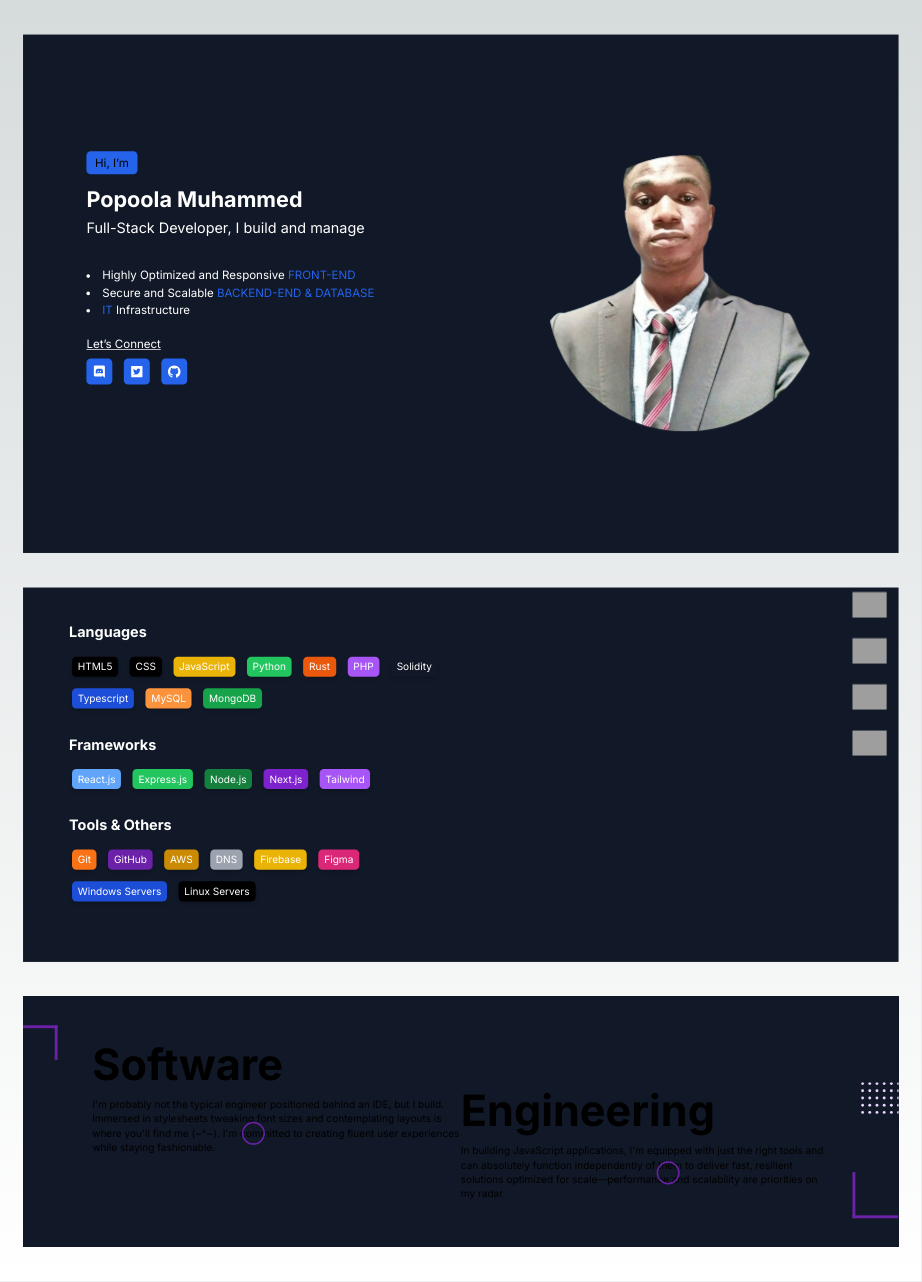
Repository: muhammedctgr/hammedctgr
Page: /
These files come from the project's save history. The page is drawn as it stood at one moment and after a run of saves; the edit follows.
The browser window is 1280 px wide. The pictures show the whole page, at 72% of full size.
Pictures or frames that could not be fetched are drawn as grey boxes. The project was rebuilt for these pictures with package versions that can differ from the ones it lists, and the page was loaded fresh each time. The framework's server and built-in components were replaced by stand-ins that run in the browser. Also part of the build but not shown: next.config.mjs.

Above is the page before, as saved 2024-08-03 08:27:21.

After the next 2 saves:
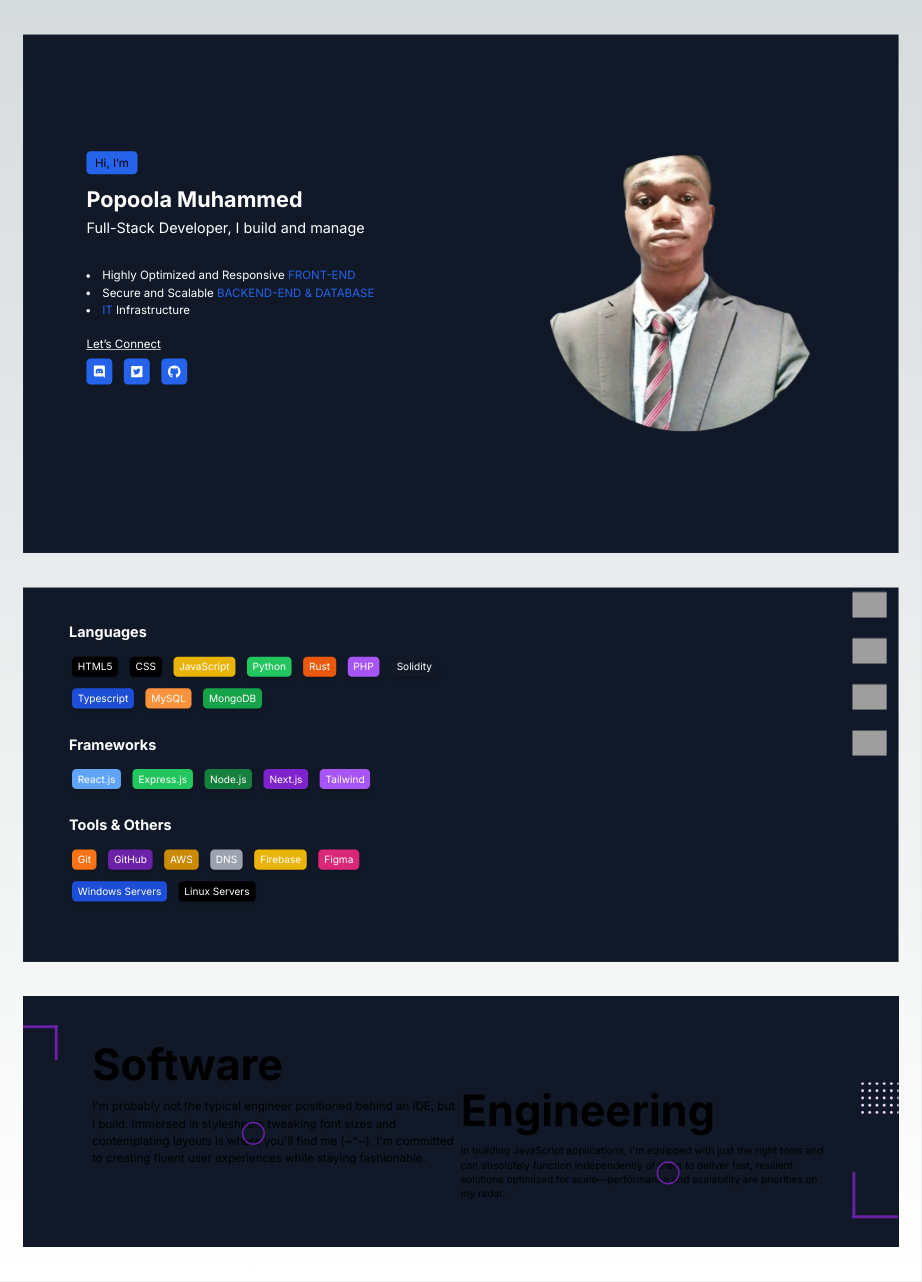
The 2 saves are shown as one change because they came seconds apart.
The last was saved 27 s later.
--- a/components/SummarySection.tsx
+++ b/components/SummarySection.tsx
@@ -8,7 +8,7 @@
           <div className="mb-4 flex items-center">
             <span className="text-6xl font-bold">Software</span>
           </div>
-          <p className="text-sm">
+          <p className="text-base">
             I'm probably not the typical engineer positioned behind an IDE, but I build. Immersed in stylesheets tweaking font sizes and contemplating layouts is where you'll find me (~^~). I'm committed to creating fluent user experiences while staying fashionable.
           </p>
         </div>

After the save that followed:
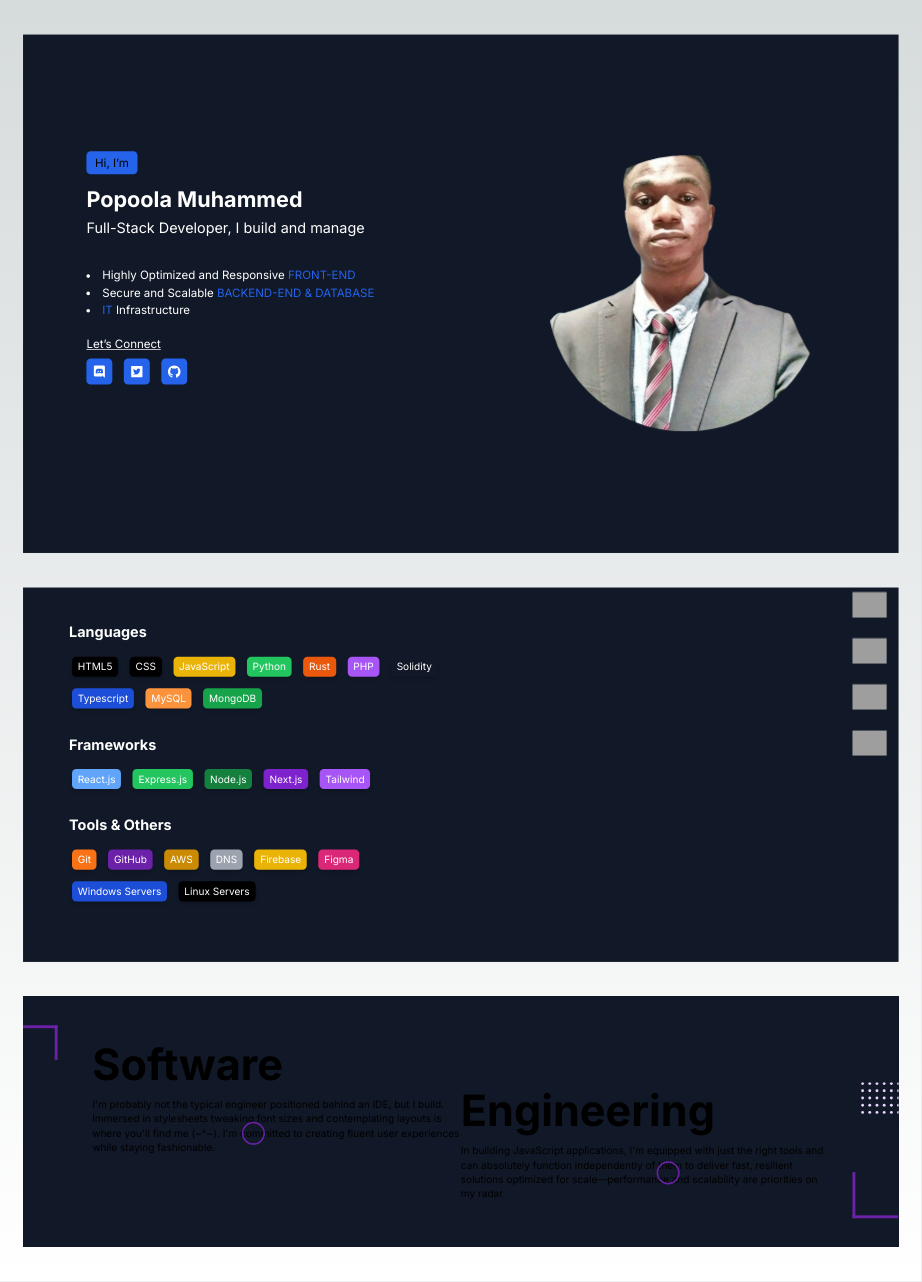
Saved 20 s later.
--- a/components/SummarySection.tsx
+++ b/components/SummarySection.tsx
@@ -8,7 +8,7 @@
           <div className="mb-4 flex items-center">
             <span className="text-6xl font-bold">Software</span>
           </div>
-          <p className="text-base">
+          <p className="text-sm">
             I'm probably not the typical engineer positioned behind an IDE, but I build. Immersed in stylesheets tweaking font sizes and contemplating layouts is where you'll find me (~^~). I'm committed to creating fluent user experiences while staying fashionable.
           </p>
         </div>
